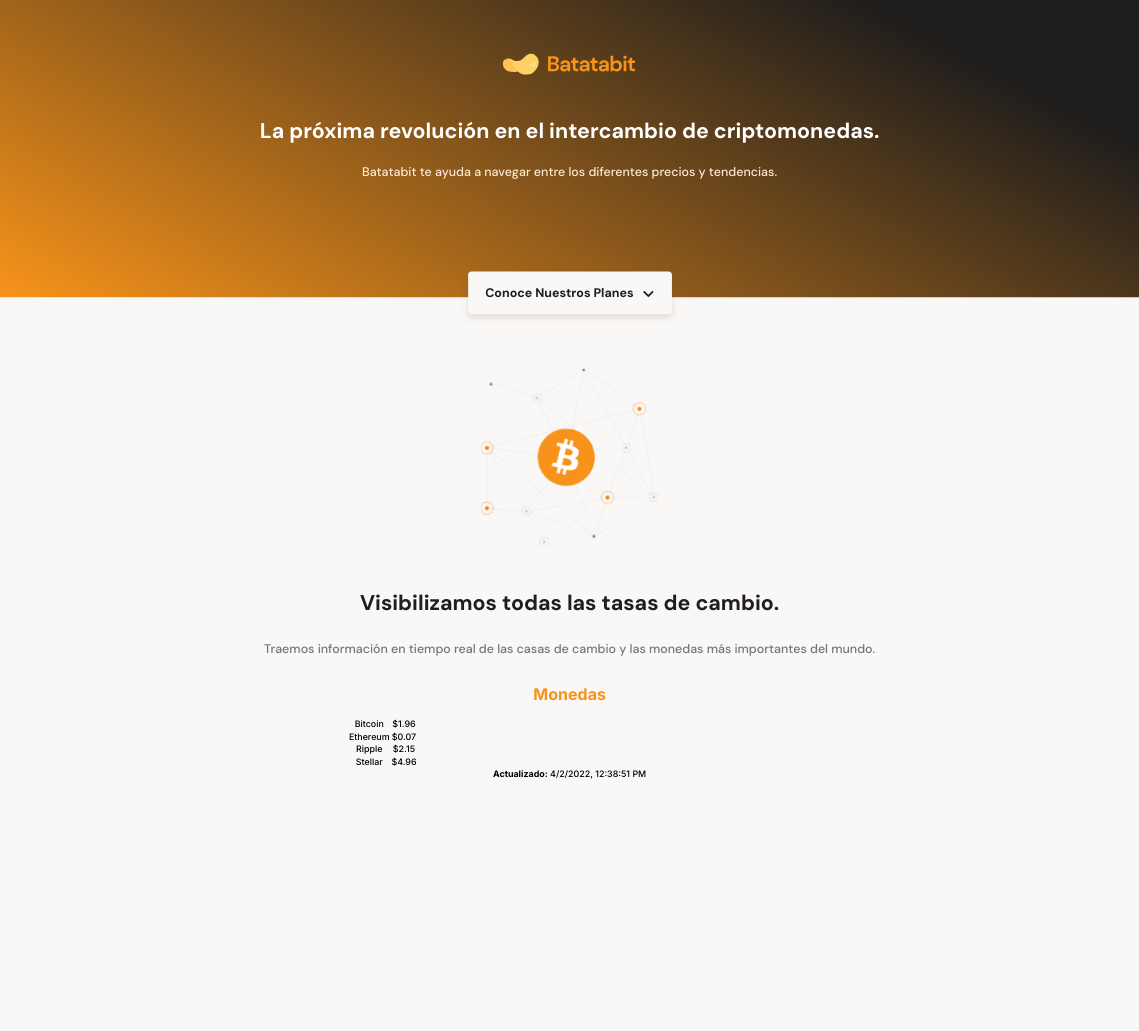
Repository: Pandrea-hub/Batatabit
Page: index.html
The author's editor kept a copy of each file at every save. The page is drawn from the files as they stood at one save, then again after the next save.
The browser window is 1280 px wide. The pictures show the whole page, at 89% of full size.

Above is the page before, as saved 2022-04-09 21:16:34.

### index.html
<!DOCTYPE html>
<html lang="en">
<head>
    <meta charset="UTF-8">
    <meta http-equiv="X-UA-Compatible" content="IE=edge">
    <meta name="viewport" content="width=device-width, initial-scale=1.0">
    <title>Document</title>
    <link rel="preconnect" href="https://fonts.googleapis.com">
    <link rel="preconnect" href="https://fonts.gstatic.com" crossorigin>
    <link href="https://fonts.googleapis.com/css2?family=DM+Sans:wght@400;500;700&family=Inter:wght@300;500;700&display=swap" rel="stylesheet">
    <link rel="stylesheet" href="./style.css">
</head>
<body>
    <header>

        <img src="./assets/img/logo.svg" alt="Logo del header donde estara una patata y el nombre que es Batatabit"/>
        <div class="header--title-container">
            <h1>La próxima revolución en el intercambio de criptomonedas.</h1>
            <p>Batatabit te ayuda a navegar entre los diferentes precios y tendencias.</p>
            <a href="" class="header--button">Conoce Nuestros Planes<span></span></a>
        </div>
    </header>


    <main>
        <section class="main-exchange--container">
            <div class="backgroungImg"></div>
            <div class="main-exchange--container--title">
                <h2>Visibilizamos todas las tasas de cambio.</h2>
                <p>Traemos información en tiempo real de las casas de cambio y las monedas más importantes del mundo.</p>
            </div>

            <section class="main-tables-container">
                <div class="main-currency-table">
                    <p class="currency-table--title">Monedas</p>
                    <div class="currency-table--container">
                        <table>
                            <tr>
                                <tr>
                                    <td class="table__top--left">Bitcoin</td>
                                    <td class="table__top--right table__right">$1.96 <span></span></td>
                                </tr>
                                <tr>
                                    <td>Ethereum</td>
                                    <td class="table__right">$0.07</td>
                                </tr>
                                <tr>
                                    <td>Ripple</td>
                                    <td class="table__right">$2.15</td>
                                </tr>
                                <tr>
                                    <td class="table__bottom--left">Stellar</td>
                                    <td class="table__bottom-right">$4.96</td>
                                </tr>
                            </tr>
                        </table>
                    </div>

                    <div class="currency-table--date">
                        <p><b>Actualizado:</b> <script> document.write(new Date().toLocaleString());</script> </p></p>
                    </div>

                </div>
            </section>
        </section>


        <section>

        </section>



        <section></section>



        <section></section>
    </main>

    <footer></footer>

</body>
</html>

### style.css
/*
1. Position
2. Box model
3. typography
4. Visual themes
5. Others
*/

:root{
    --bitcoin-orange:#F7931A;
    --soft-orange:#FFE9D4;
    --secondary-blue:#1A9AF7;
    --soft-blue:#E7F5FF;
    --warm-black:#201E1C;
    --black: #201e1c;
    --grey: #bababa;
    --off-white: #faf8f7;
    --just-white: #fff;
}

*{
    padding: 0;
    margin: 0;
    box-sizing: border-box;
}


html{
    font-size: 62.5%;
    font-family: "DM Sans", sans-serif;
}

header{
    position: relative;
    display: flex;
    flex-direction:column;
    justify-content: center;
    width: 100%;
    height: 334px;
    min-width: 320px;
    text-align: center;
    background: linear-gradient(207.8deg, #201E1C 16.69%, #F7931A 100%);

}

header img{
    width: 150px;
    height: 24px;
    margin-top: 60px;
    align-self: center;
}

.header--title-container{
    width: 90%;
    min-width: 288px;
    max-width: 900px;
    height: 218px;
    margin-top: 50px;
    text-align: center;
    align-self:center;
}

.header--title-container h1{
    font-size: 2.4rem;
    font-weight: bold;
    line-height: 2.6rem;
    color: var(--just-white);
}

.header--title-container p{
    font-size: 1.4rem;
    font-weight: 500;
    line-height: 1.8rem;
    color:var(--soft-orange);
    margin-top: 2.4rem;
}


.header--title-container .header--button{
    left: calc(50% - 229px/2);
    position: absolute;
    top: 270px;
    display: block;
    margin-top: 35px;
    padding: 15px;
    width: 229px;
    height: 48px;
    background-color: var(--off-white);
    /* Box shadow */
    box-shadow: 0px 4px 8px rgba(89, 73, 30, 0.16);
    border-radius: 4px;
    font-weight: bold;
    font-size: 14px;
    line-height: 18px;
    color:var(--warm-black);
    text-decoration: none;
}

.header--button span{
    display: inline-block;
    width: 13px;
    height: 8px;
    margin-left: 10px;
    background-image: url('./assets/icons/down-arrow.svg');
}

main{
    width: 100%;
    height: auto;
    background-color:var(--off-white);
    min-width: 320px;
}


.main-exchange--container{
    width: 100%;
    height: auto;
    padding-top: 80px;
    padding-bottom: 30px;
    text-align: center;
}

.main-exchange--container--title{
    width: 100%;
    min-width: 288px;
    max-width: 900px;
    margin: 0 auto;
}

.main-exchange--container .backgroungImg{
    width: 200px;
    height: 200px;
    margin: 0 auto;
    margin-bottom: 50px;
    background-image: url(./assets/img/bitcoin.svg);
    background-size: cover;
    background-position: center;
    background-repeat: no-repeat;
}


.main-exchange--container--title h2{
    margin-bottom: 30px;
    font-size: 2.4rem;
    font-weight: bold;
    line-height: 2.6rem;
    align-self:center;
    color:var(--warm-black);
}


.main-exchange--container--title p{
    margin-bottom: 30px;
    font-size: 1.4rem;
    line-height: 1.8rem;
    font-weight: 500;
    color:#757575;
}

.main-currency-table{
    width: 70%;
    min-width: 235px;
    max-width: 500px;
    height: 360px;
    margin: 0 auto;
    font-family: "Inter", sans-serif;
}

.main-currency-table .currency-table--title{
    margin-bottom: 12px;
    font-size: 1.8rem;
    font-weight: bold;
    line-height: 2.3rem;
    color:var(--bitcoin-orange);
}

After the next save:
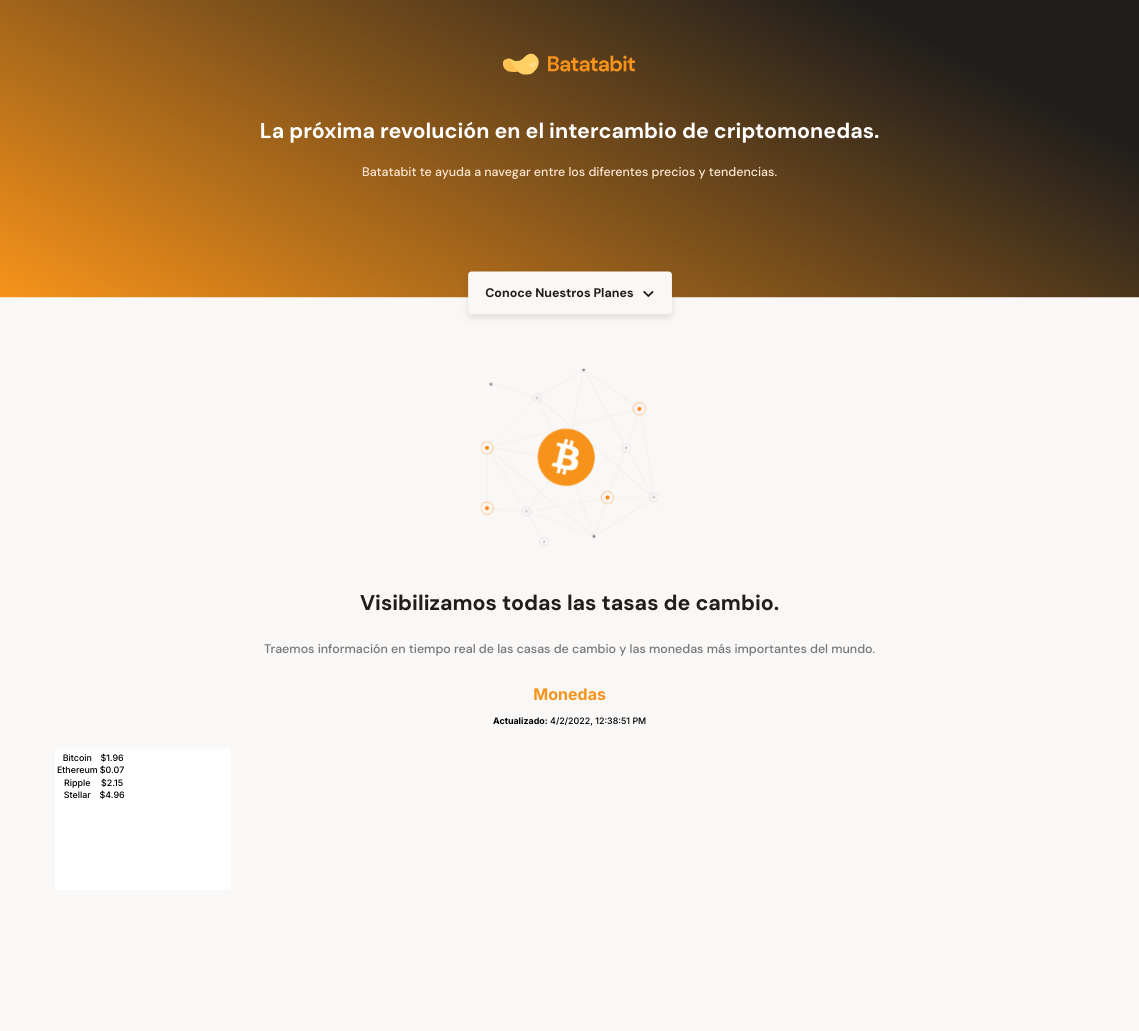
Saved 81 s later.
--- a/style.css
+++ b/style.css
@@ -173,3 +173,14 @@
     line-height: 2.3rem;
     color:var(--bitcoin-orange);
 }
+
+
+.currency-table--container{
+    position: absolute;
+    width: 197px;
+    height: 159px;
+    left: 62px;
+    top: 841px;
+    background-color:#fff;
+
+}

After the save that followed:
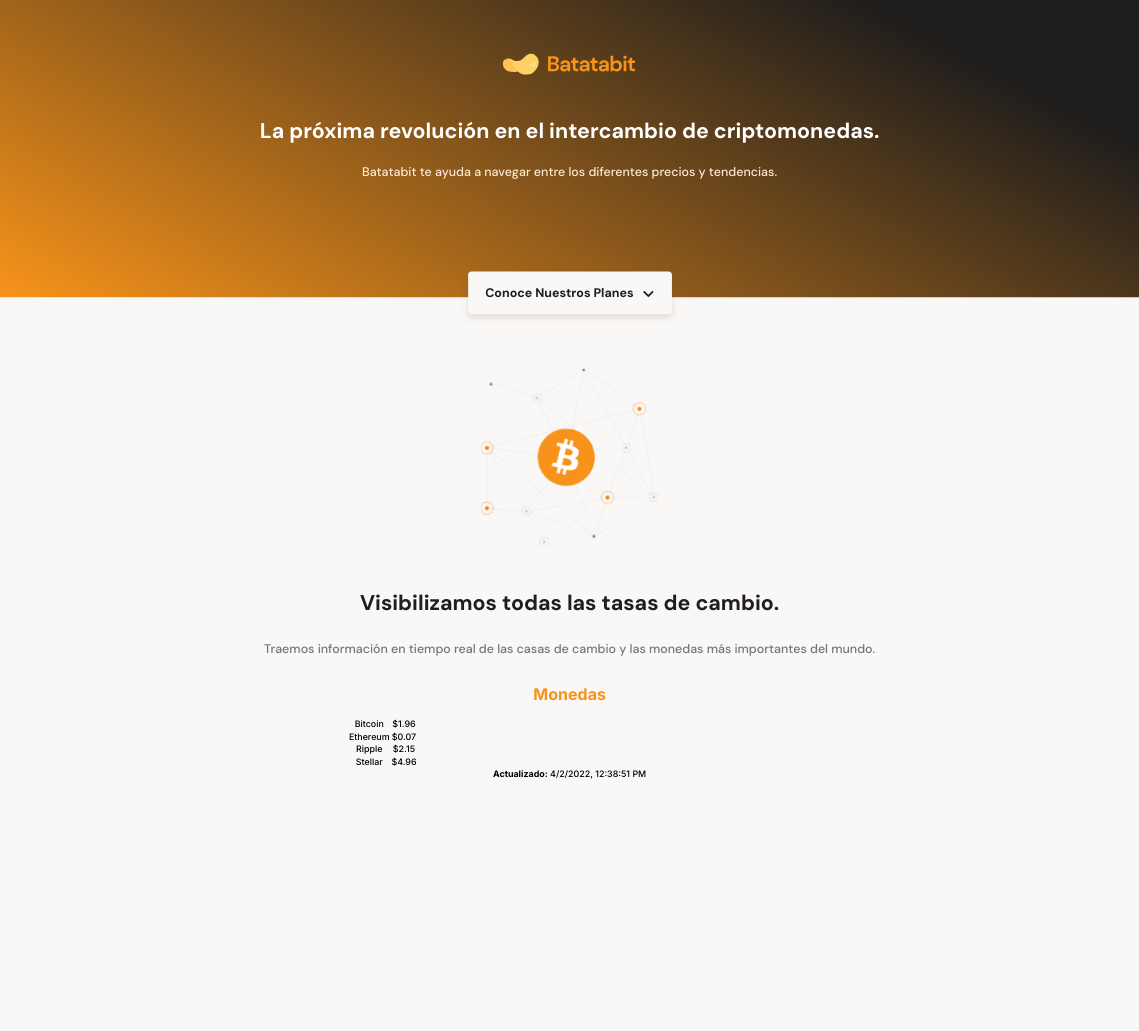
Saved 9 s later.
--- a/style.css
+++ b/style.css
@@ -176,11 +176,5 @@
 
 
 .currency-table--container{
-    position: absolute;
-    width: 197px;
-    height: 159px;
-    left: 62px;
-    top: 841px;
-    background-color:#fff;
 
 }
